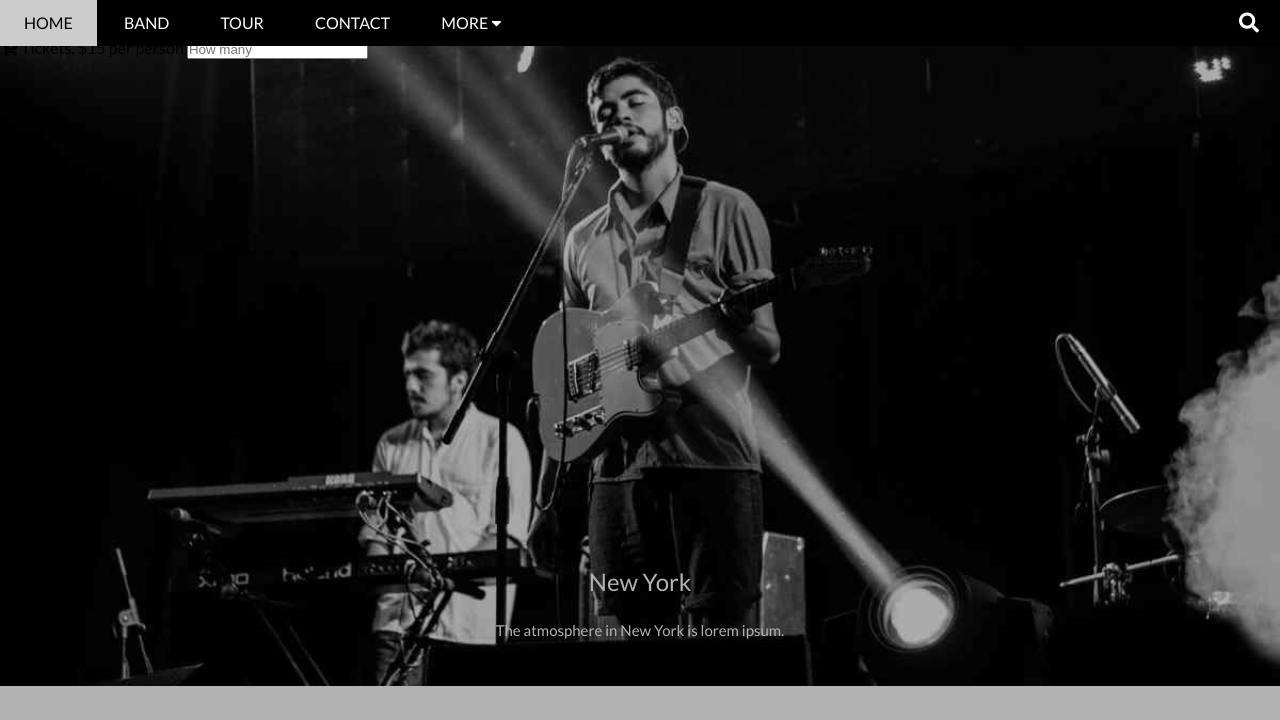
Repository: phunobi1807/theband
Page: index.html
The author's editor kept a copy of each file at every save. The page is drawn from the files as they stood at one save, then again after the next save.
The browser window is 1280 px wide. The pictures show the window.
A layer covers the whole window, so only the first screen is drawn.

Above is the page before, as saved 2021-07-16 19:39:25.

After the next save:
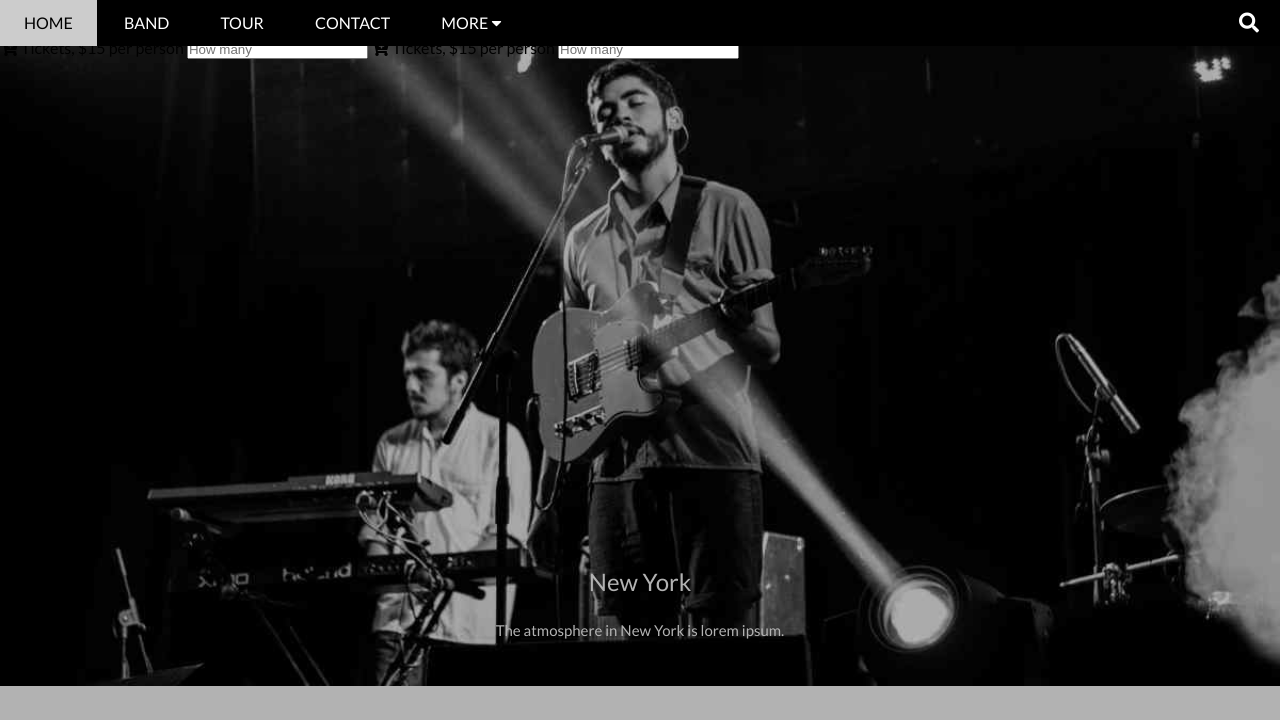
Saved 19 s later.
--- a/index.html
+++ b/index.html
@@ -195,6 +195,13 @@
                         Tickets, $15 per person
                     </label>
                     <input type="text" class="modal-input" placeholder="How many">
+
+                    <label for="" class="modal-label">
+                        <i class="fas fa-cart-plus"></i>
+                        Tickets, $15 per person
+                    </label>
+                    <input type="text" class="modal-input" placeholder="How many">
+
                 </div>
             </div>
     </div>
